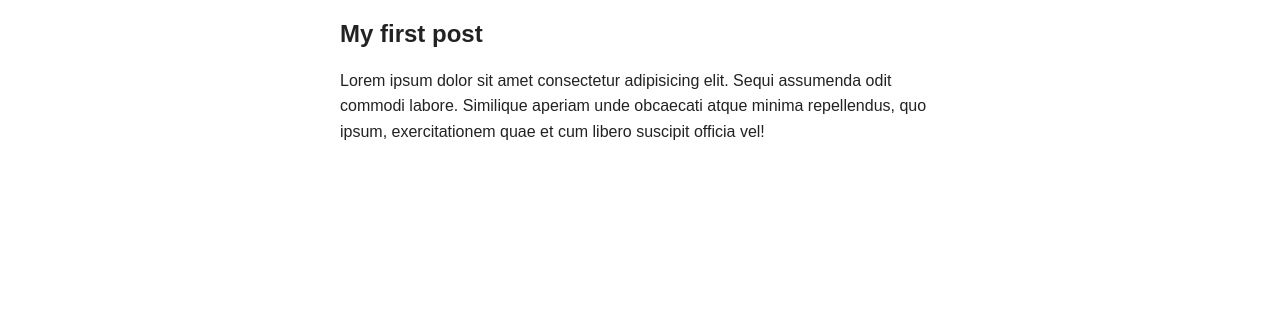
Repository: PiotrMigdal/blogmigdalapp
Page: http://localhost/
These files come from the project's save history. The page is drawn as it stood at one moment and after the next save; the edit follows.
The browser window is 1280 px wide. The pictures show the whole page.
The page is served by the project's Laravel application, run on PHP 8.4 with Laravel 8.

Above is the page before, as saved 2021-08-28 07:28:35.

After the next save:
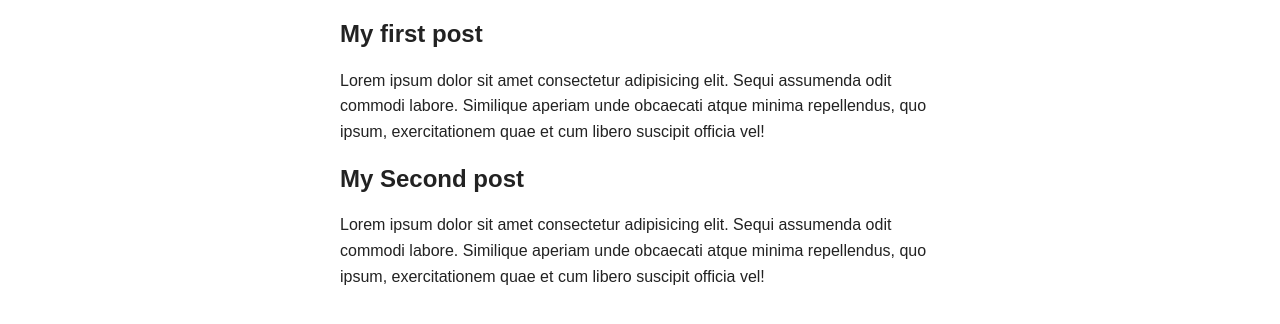
Saved 20 s later.
--- a/resources/views/posts.blade.php
+++ b/resources/views/posts.blade.php
@@ -12,5 +12,9 @@
     <h1>My first post</h1>
     <p>Lorem ipsum dolor sit amet consectetur adipisicing elit. Sequi assumenda odit commodi labore. Similique aperiam unde obcaecati atque minima repellendus, quo ipsum, exercitationem quae et cum libero suscipit officia vel!</p>
   </article>
+  <article>
+    <h1>My Second post</h1>
+    <p>Lorem ipsum dolor sit amet consectetur adipisicing elit. Sequi assumenda odit commodi labore. Similique aperiam unde obcaecati atque minima repellendus, quo ipsum, exercitationem quae et cum libero suscipit officia vel!</p>
+  </article>
 </body>
 </html>
